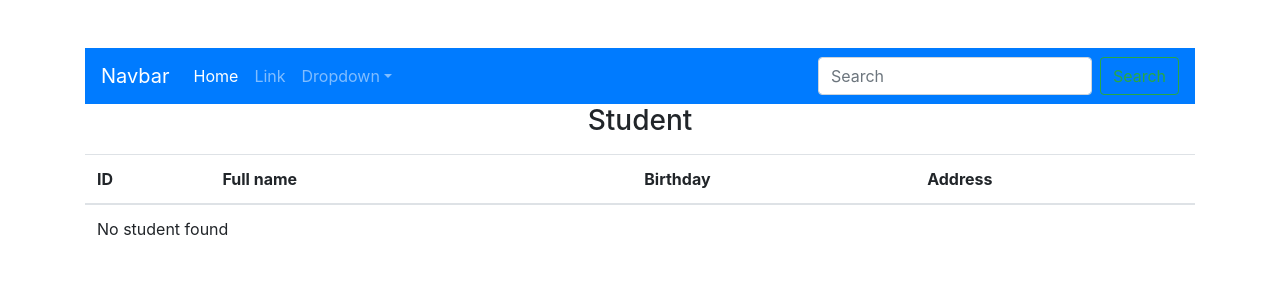
Repository: HungRau/TLU3675-php-laravel
Page: http://localhost/student-manage
These files come from the project's save history. The page is drawn as it stood at one moment and after the next save; the edit follows.
The browser window is 1280 px wide. The pictures show the whole page.
The page is served by the project's Laravel application, run on PHP 8.4 with Laravel 9. Queries for data that is not in the repository find no rows.

Above is the page before, as saved 2022-10-15 18:58:48.

After the next save:
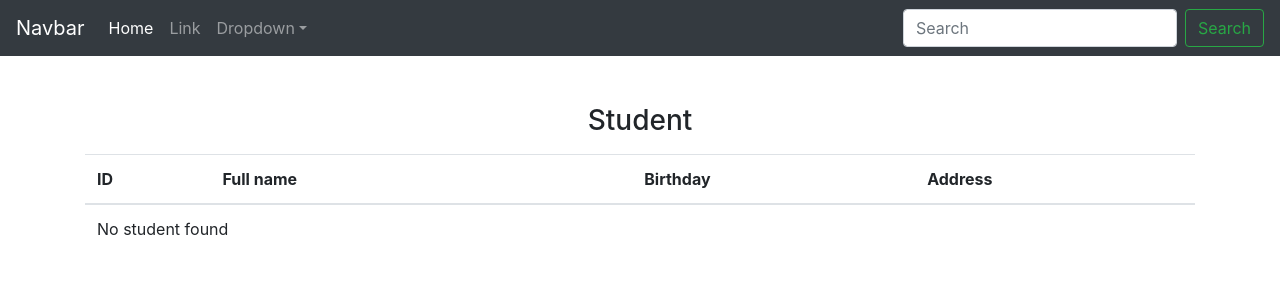
Saved 48 s later.
--- a/resources/views/student_manage.blade.php
+++ b/resources/views/student_manage.blade.php
@@ -10,35 +10,38 @@
     <link rel="stylesheet" href="https://stackpath.bootstrapcdn.com/bootstrap/4.3.1/css/bootstrap.min.css" integrity="sha384-ggOyR0iXCbMQv3Xipma34MD+dH/1fQ784/j6cY/iJTQUOhcWr7x9JvoRxT2MZw1T" crossorigin="anonymous">
   </head>
   <body>
+    <nav class="navbar navbar-expand-sm navbar-dark bg-dark">
+        <a class="navbar-brand" href="#">Navbar</a>
+        <button class="navbar-toggler d-lg-none" type="button" data-toggle="collapse" data-target="#collapsibleNavId" aria-controls="collapsibleNavId"
+            aria-expanded="false" aria-label="Toggle navigation"></button>
+        <div class="collapse navbar-collapse" id="collapsibleNavId">
+            <ul class="navbar-nav mr-auto mt-2 mt-lg-0">
+                <li class="nav-item active">
+                    <a class="nav-link" href="#">Home <span class="sr-only">(current)</span></a>
+                </li>
+                <li class="nav-item">
+                    <a class="nav-link" href="#">Link</a>
+                </li>
+                <li class="nav-item dropdown">
+                    <a class="nav-link dropdown-toggle" href="#" id="dropdownId" data-toggle="dropdown" aria-haspopup="true" aria-expanded="false">Dropdown</a>
+                    <div class="dropdown-menu" aria-labelledby="dropdownId">
+                        <a class="dropdown-item" href="#">Action 1</a>
+                        <a class="dropdown-item" href="#">Action 2</a>
+                    </div>
+                </li>
+            </ul>
+            <form class="form-inline my-2 my-lg-0">
+                <input class="form-control mr-sm-2" type="text" placeholder="Search">
+                <button class="btn btn-outline-success my-2 my-sm-0" type="submit">Search</button>
+            </form>
+        </div>
+    </nav>
+    {{--  --}}
     <div class="container">
         <div class="row">
             <div class="col-12 text-center pt-5">
-                <nav class="navbar navbar-expand-sm navbar-dark bg-primary">
-                    <a class="navbar-brand" href="#">Navbar</a>
-                    <button class="navbar-toggler d-lg-none" type="button" data-toggle="collapse" data-target="#collapsibleNavId" aria-controls="collapsibleNavId"
-                        aria-expanded="false" aria-label="Toggle navigation"></button>
-                    <div class="collapse navbar-collapse" id="collapsibleNavId">
-                        <ul class="navbar-nav mr-auto mt-2 mt-lg-0">
-                            <li class="nav-item active">
-                                <a class="nav-link" href="#">Home <span class="sr-only">(current)</span></a>
-                            </li>
-                            <li class="nav-item">
-                                <a class="nav-link" href="#">Link</a>
-                            </li>
-                            <li class="nav-item dropdown">
-                                <a class="nav-link dropdown-toggle" href="#" id="dropdownId" data-toggle="dropdown" aria-haspopup="true" aria-expanded="false">Dropdown</a>
-                                <div class="dropdown-menu" aria-labelledby="dropdownId">
-                                    <a class="dropdown-item" href="#">Action 1</a>
-                                    <a class="dropdown-item" href="#">Action 2</a>
-                                </div>
-                            </li>
-                        </ul>
-                        <form class="form-inline my-2 my-lg-0">
-                            <input class="form-control mr-sm-2" type="text" placeholder="Search">
-                            <button class="btn btn-outline-success my-2 my-sm-0" type="submit">Search</button>
-                        </form>
-                    </div>
-                </nav>
+                {{-- <div class="text-left"><a href="product/create" class="btn btn-outline-primary">Add new
+                    product</a></div> --}}
                 <div >
                     <h3 class="text-center">Student</h3>
                 </div>
